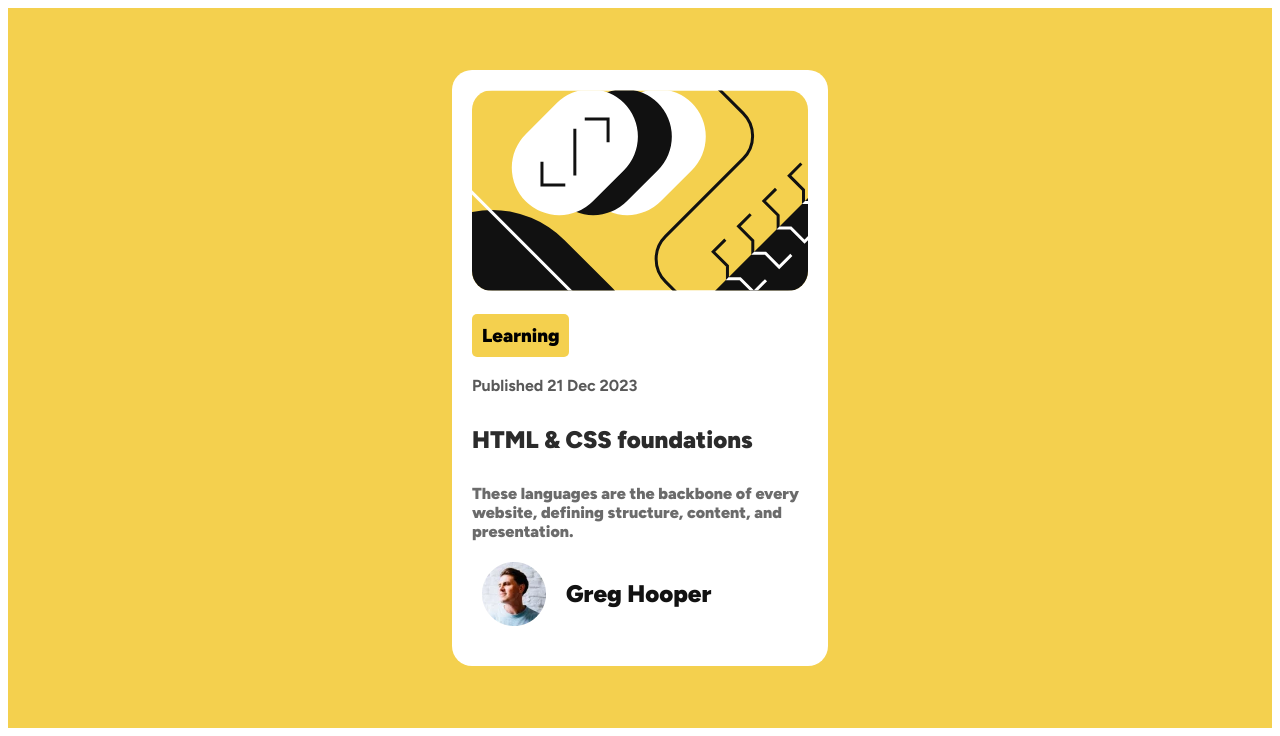
Repository: reemoon-ctrl/blog-preview-card
Page: index.html
An editor plug-in stored every save of this project. The page is shown before and after the next save, followed by the edit.
The browser window is 1280 px wide. The pictures show the whole page.

Above is the page before, as saved 2024-07-19 15:07:02.

After the next save:
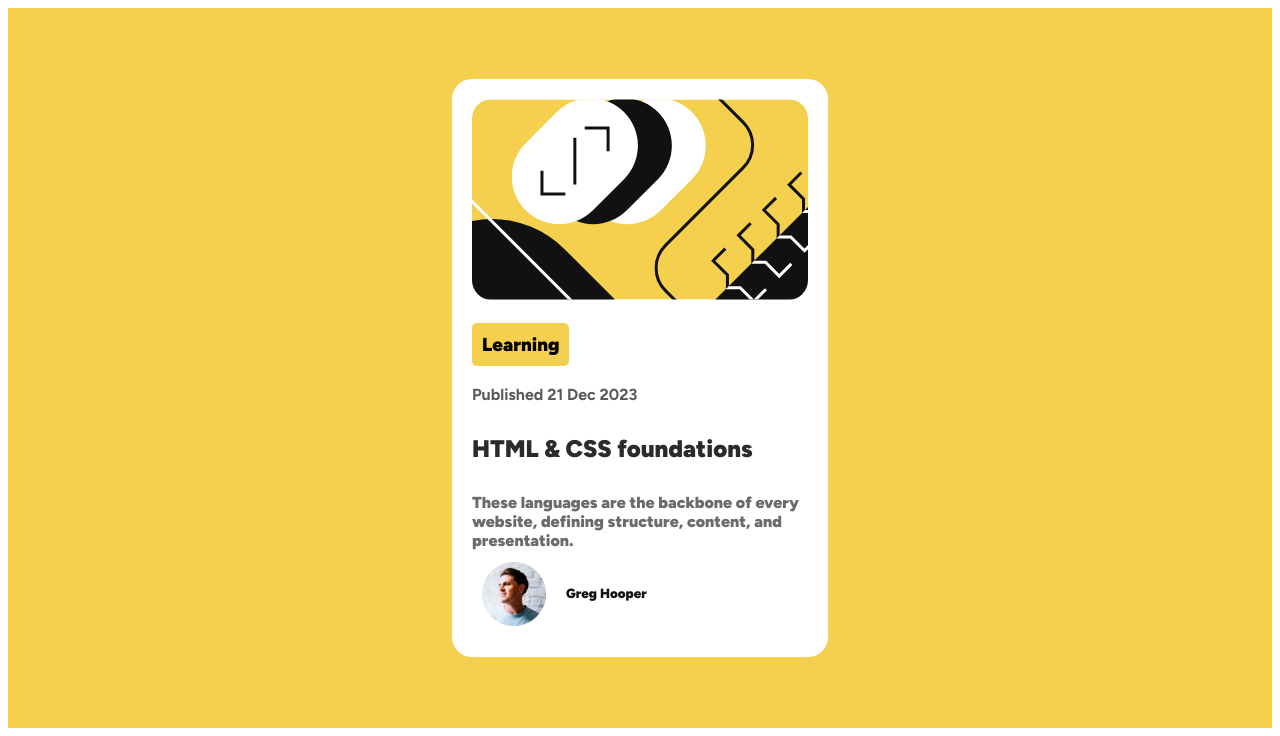
Saved 5 s later.
--- a/index.css
+++ b/index.css
@@ -76,7 +76,7 @@
     font-weight:900;
     font-style: normal;
     color: hsl(0, 0%, 7%);
-    font-size: ;
+    font-size: smaller;
 
 }
 *{

After the 2 saves that followed:
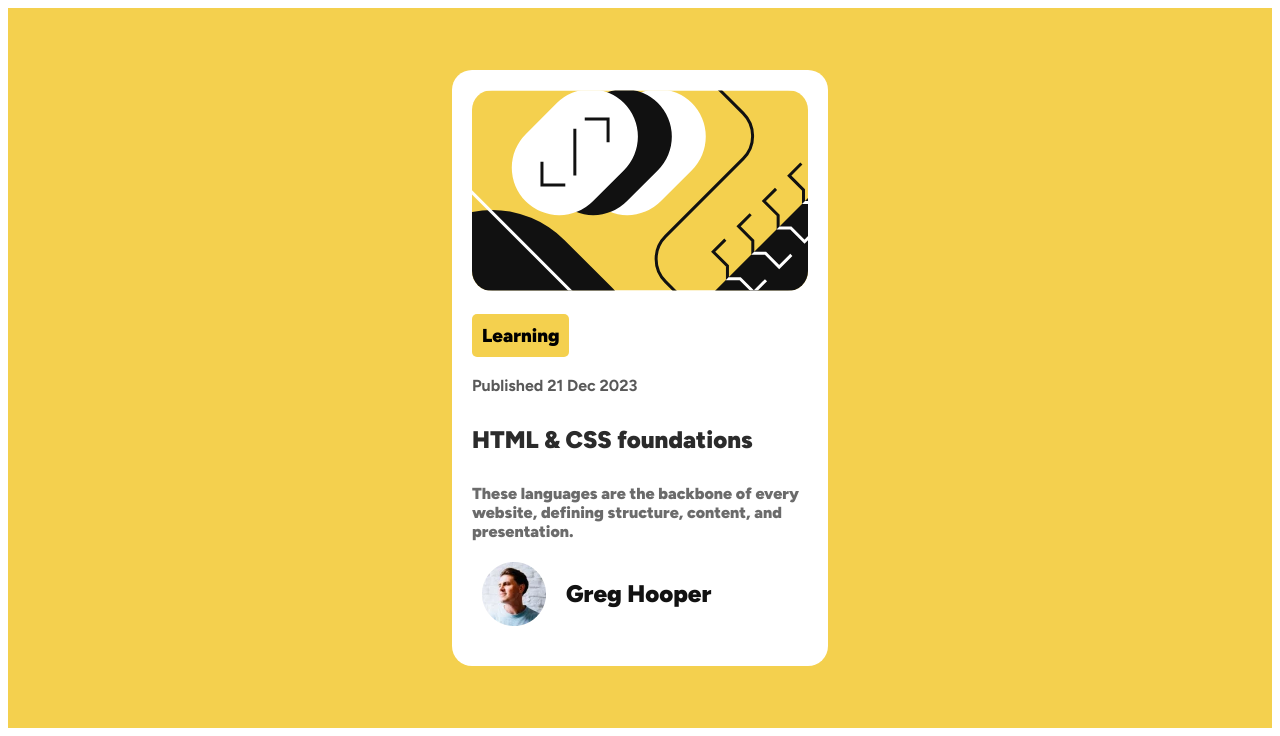
The 2 saves are shown as one change because they came seconds apart.
The last was saved 9 s later.
--- a/index.css
+++ b/index.css
@@ -76,7 +76,7 @@
     font-weight:900;
     font-style: normal;
     color: hsl(0, 0%, 7%);
-    font-size: smaller;
+    font-size: 16;
 
 }
 *{
